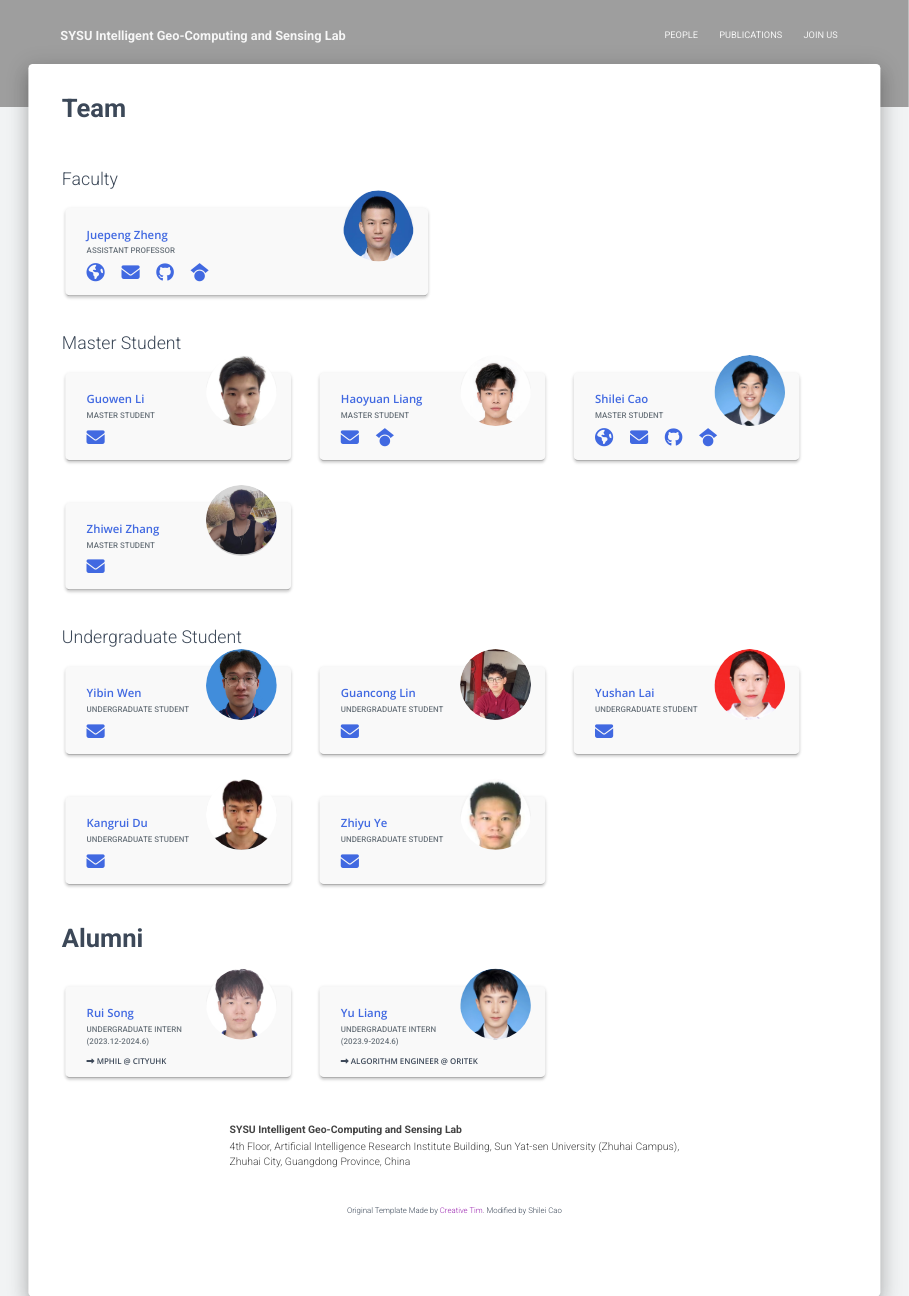
Repository: rssysu/rssysu.github.io
Page: people.html
The author's editor kept a copy of each file at every save. The page is drawn from the files as they stood at one save, then again after the next save.
The browser window is 1280 px wide. The pictures show the whole page, at 71% of full size.
Pictures or frames that could not be fetched are drawn as grey boxes. Some web libraries are served in a nearby version.

Above is the page before, as saved 2025-03-18 20:40:11.

### people.html
<!DOCTYPE html>
<html lang="en">

<head>
    <meta charset="utf-8">
    <meta content="width=device-width, initial-scale=1.0, maximum-scale=1.0, user-scalable=0" name="viewport" />
    <meta http-equiv="X-UA-Compatible" content="IE=edge,chrome=1" />
    <!-- Favicons -->
    <!-- <link rel="apple-touch-icon" href="./assets/img/kit/free/apple-icon.png"> -->
    <link rel="icon" href="./assets/img/kit/free/sysu.ico">
    <title>
        SYSU IGCS Lab
    </title>
    <!--     Fonts and icons     -->
    <link rel="stylesheet" type="text/css" target="_blank" href="https://fonts.googleapis.com/css?family=Open+Sans:+400,500,600,700|Roboto:300,400,500,700|Roboto+Slab:400,700|Material+Icons" />
    <link rel="stylesheet" href="https://maxcdn.bootstrapcdn.com/font-awesome/latest/css/font-awesome.min.css" />
    <link rel="stylesheet" href="./assets/css/material-kit.css?v=2.0.2">
    <script src="https://kit.fontawesome.com/516fc2d02f.js" crossorigin="anonymous"></script>
    <!-- Documentation extras -->
    <!-- CSS Just for demo purpose, don't include it in your project -->
    <!-- <link href="./assets/assets-for-demo/demo.css" rel="stylesheet" /> -->
    <!-- iframe removal -->
</head>

<body class="index-page">
    <nav class="navbar navbar-color-on-scroll navbar-transparent navbar-light fixed-top navbar-expand-lg " color-on-scroll="0" id="sectionsNav">
        <div w3-include-html="header.html" class="container"></div>
    </nav>

    <div class="page-header2 header-filter clear-filter" data-parallax="true" style="background-image: url('assets/img/sysu1.jpg'); background-position-y: -170px; background-position: top;">
        <div class="container">
            <div class="row">
                <div class="col-md-8 ml-auto mr-auto">
                    <div class="brand">
                    </div>
                </div>
            </div>
        </div>
    </div>


    <div class="main main-raised">
        <div class="container">
            <div class="title" style="margin-bottom: 0em;">
              <h2><b>Team</b></h2>
            </div>
            <br>
            <div class="title" style="margin-bottom: -1em;">
                <h3>Faculty</h3>
            </div>

            <div class="row">
                <div class="card" style="width: 45%;">
                  <div class="card-body">
                        <div class="author">
                            <div class="avatar">
                                <img src="./assets/img/kit/faces/zjp-1.jpg" class="img-raised rounded-circle img-fluid"/>
                            </div>
                        </div>
                        <h4 class="card-title"> <a href= "./assets/resume/zjp.html" target="_blank"> Juepeng Zheng </a> </h4>
                        <h6 class="card-subtitle mb-2 text-muted">Assistant Professor</h6>
                        <!-- </a> -->
                    <a href="https://hail-alloy-af4.notion.site/Juepeng-Zheng-d3b70a4b409145139c91e55813cc80fa" class="card-link" target="_blank"><i class="fa fa-globe fa-2x" aria-hidden="true"></i></a>
                    <a href="mailto:" class="card-link"><i class="fa fa-envelope fa-2x" aria-hidden="true"></i></a>
                    <a href="https://github.com/rs-dl" class="card-link" target="_blank"><i class="fa fa-github fa-2x" aria-hidden="true"></i></a>
                    <a href="https://scholar.google.com/citations?user=xrb-A3kAAAAJ&hl=zh-CN&oi=ao" class="card-link" target="_blank"><i class="fa-brands fa-google-scholar fa-2x" aria-hidden="true"></i></a>
                  </div>
                </div>

            </div>

            <div class="title" style="margin-bottom: -1em;">
                <h3>Master Student</h3>
            </div>

            <div class="row">

                <div class="card" style="width: 28%;">
                    <div class="card-body">
                            <div class="author">
                                <div class="avatar">
                                    <img src="./assets/img/kit/faces/lgw.jpg" class="img-raised rounded-circle img-fluid"/>
                                </div>
                            </div>
                            <h4 class="card-title"> <a href="./assets/resume/lgw.html" target="_blank"> Guowen Li </a></h4>
                            <h6 class="card-subtitle mb-2 text-muted">Master Student</h6>

                            <a href="mailto:ligw8@mail2sysu.edu.cn" class="card-link"><i class="fa fa-envelope fa-2x" aria-hidden="true"></i></a>

                    </div>
                </div>

                <div class="card" style="width: 28%;">
                    <div class="card-body">
                            <div class="author">
                                <div class="avatar">
                                    <img src="./assets/img/kit/faces/lhy.jpg" class="img-raised rounded-circle img-fluid"/>
                                </div>
                            </div>
                            <h4 class="card-title"> <a href="./assets/resume/lhy.html" target="_blank">  Haoyuan Liang </a> </h4>
                            <h6 class="card-subtitle mb-2 text-muted">Master Student</h6>

                            <a href="mailto:lianghy68@mail2.sysu.edu.cn" class="card-link"><i class="fa fa-envelope fa-2x" aria-hidden="true"></i></a>
                            <a href="https://scholar.google.com/citations?hl=en&user=O40gNsQAAAAJ" class="card-link" target="_blank"><i class="fa-brands fa-google-scholar fa-2x" aria-hidden="true"></i></a>
                    </div>
                </div>

                <div class="card" style="width: 28%;">
                    <div class="card-body">
                          <div class="author">
                              <div class="avatar">
                                  <img src="./assets/img/kit/faces/csl.jpg" class="img-raised rounded-circle img-fluid"/>
                              </div>
                          </div>
                          <h4 class="card-title" > <a href="./assets/resume/csl.html" target="_blank">  Shilei Cao </a></h4>
                          <h6 class="card-subtitle mb-2 text-muted">Master Student</h6>
                            <a href="https://shileicao.github.io/" class="card-link" target="_blank"><i class="fa fa-globe fa-2x" aria-hidden="true"></i></a>
                            <a href="mailto:caoshlei@mail2.sysu.edu.cn" class="card-link"><i class="fa fa-envelope fa-2x" aria-hidden="true"></i></a>
                            <a href="https://github.com/ShileiCao" class="card-link" target="_blank"><i class="fa fa-github fa-2x" aria-hidden="true"></i></a>
                            <a href="https://scholar.google.com/citations?user=-bCjtakAAAAJ&hl=en" class="card-link" target="_blank"><i class="fa-brands fa-google-scholar fa-2x" aria-hidden="true"></i></a>
                    </div>
                </div>

                <div class="card" style="width: 28%;">
                    <div class="card-body">
                            <div class="author">
                                <div class="avatar">
                                    <img src="./assets/img/kit/faces/zzw.jpg" class="img-raised rounded-circle img-fluid"/>
                                </div>
                            </div>
                            <h4 class="card-title"> <a href="./assets/resume/zzw.html" target="_blank">  Zhiwei Zhang </a> </h4>
                            <h6 class="card-subtitle mb-2 text-muted">Master Student</h6>
                            <a href="mailto:zhangzhw65@mail2.sysu.edu.cn" class="card-link"><i class="fa fa-envelope fa-2x" aria-hidden="true"></i></a>
                    </div>
                </div>

            </div>


            <div class="title" style="margin-bottom: -1em;">
                <h3>Undergraduate Student</h3>
            </div>

            <div class="row">


                <div class="card" style="width: 28%;">
                    <div class="card-body">
                          <div class="author">
                              <div class="avatar">
                                  <img src="./assets/img/kit/faces/wyb.jpg" class="img-raised rounded-circle img-fluid"/>
                              </div>
                          </div>
                          <h4 class="card-title"> <a href="./assets/resume/wyb.html" target="_blank"> Yibin Wen </a></h4>
                          <h6 class="card-subtitle mb-2 text-muted">Undergraduate Student</h6>

                            <a href="mailto:wenyb5@mail2.sysu.edu.cn" class="card-link"><i class="fa fa-envelope fa-2x" aria-hidden="true"></i></a>

                    </div>
                </div>

                <div class="card" style="width: 28%;">
                    <div class="card-body">
                          <div class="author">
                              <div class="avatar">
                                  <img src="./assets/img/kit/faces/lgc.jpg" class="img-raised rounded-circle img-fluid"/>
                              </div>
                          </div>
                          <h4 class="card-title"> <a href="./assets/resume/lgc.html" target="_blank">  Guancong Lin </a></h4>
                          <h6 class="card-subtitle mb-2 text-muted">Undergraduate Student</h6>

                            <a href="mailto:lingc8@mail2.sysu.edu.cn" class="card-link"><i class="fa fa-envelope fa-2x" aria-hidden="true"></i></a>

                    </div>
                </div>

                <div class="card" style="width: 28%;">
                    <div class="card-body">
                          <div class="author">
                              <div class="avatar">
                                  <img src="./assets/img/kit/faces/lys.jpg" class="img-raised rounded-circle img-fluid"/>
                              </div>
                          </div>
                          <h4 class="card-title"> <a href="./assets/resume/lys.html" target="_blank"> Yushan Lai </a></h4>
                          <h6 class="card-subtitle mb-2 text-muted">Undergraduate Student</h6>

                            <a href="mailto:laiysh6@mail2.sysu.edu.cn" class="card-link"><i class="fa fa-envelope fa-2x" aria-hidden="true"></i></a>

                    </div>
                </div>

                <div class="card" style="width: 28%;">
                    <div class="card-body">
                          <div class="author">
                              <div class="avatar">
                                  <img src="./assets/img/kit/faces/dkr.jpg" class="img-raised rounded-circle img-fluid"/>
                              </div>
                          </div>
                          <h4 class="card-title"> <a href="./assets/resume/dkr.html" target="_blank"> Kangrui Du </a></h4>
                          <h6 class="card-subtitle mb-2 text-muted">Undergraduate Student</h6>

                            <a href="mailto:dukr6@mail2.sysu.edu.cn" class="card-link"><i class="fa fa-envelope fa-2x" aria-hidden="true"></i></a>

                    </div>
                </div>

                <div class="card" style="width: 28%;">
                    <div class="card-body">
                          <div class="author">
                              <div class="avatar">
                                  <img src="./assets/img/kit/faces/yzy.jpg" class="img-raised rounded-circle img-fluid"/>
                              </div>
                          </div>
                          <h4 class="card-title"> <a href="./assets/resume/yzy.html" target="_blank"> Zhiyu Ye </a></h4>
                          <h6 class="card-subtitle mb-2 text-muted">Undergraduate Student</h6>
                          <a href="mailto:yezhy26@mail2.sysu.edu.cn" class="card-link"><i class="fa fa-envelope fa-2x" aria-hidden="true"></i></a>

                    </div>
                </div>

            </div>



            <div class="title" style="margin-bottom: 0em;">
              <h2><b>Alumni</b></h2>
            </div>
            <div class="row">

            <div class="card" style="width: 28%;">
                <div class="card-body">
                      <div class="author">
                          <div class="avatar">
                              <img src="./assets/img/kit/faces/sr.jpg" class="img-raised rounded-circle img-fluid"/>
                          </div>
                      </div>
                      <h4 class="card-title"> <a href="./assets/resume/sr.html" target="_blank"> Rui Song </a> </h4>
                      <h6 class="card-subtitle mb-2 text-muted">Undergraduate Intern (2023.12-2024.6) </h6>
                      <h6 class="card-title"> <i class="fa fa-long-arrow-right" aria-hidden="true"></i> MPhil @ CityUHK  </h6>
                        <!-- <a href="mailto:1223324036@qq.com" class="card-link"><i class="fa fa-envelope fa-2x" aria-hidden="true"></i></a>        -->

                </div>
            </div>

            <div class="card" style="width: 28%;">
                <div class="card-body">
                      <div class="author">
                          <div class="avatar">
                              <img src="./assets/img/kit/faces/ly.jpg" class="img-raised rounded-circle img-fluid"/>
                          </div>
                      </div>
                      <h4 class="card-title"> <a href="./assets/resume/ly.html" target="_blank">  Yu Liang </a> </h4>
                      <h6 class="card-subtitle mb-2 text-muted">Undergraduate Intern (2023.9-2024.6) </h6>
                      <h6 class="card-title"> <i class="fa fa-long-arrow-right" aria-hidden="true"></i> Algorithm Engineer @ Oritek </h6>
                        <!-- <a href="mailto:liangy283@mail2.sysu.edu.cn" class="card-link"><i class="fa fa-envelope fa-2x" aria-hidden="true"></i></a>        -->

                </div>
            </div>

        </div>
    <!--     <div>

                <h4 class="card-title" style="margin-bottom: -0.5em;">Hyunseo Koh<font size="3em"> <font color="gray">(GIST MS, 2023)</font> <i class="fa fa-long-arrow-right" aria-hidden="true"></i> TBD</font></h4>
                <h4 class="card-title" style="margin-bottom: -0.5em;">Jihun Kim<font size="3em"> <font color="gray">(GIST MS, 2023)</font> <i class="fa fa-long-arrow-right" aria-hidden="true"></i> Minds and company (Mil. Oblig.)</font></h4>
                <h4 class="card-title" style="margin-bottom: -0.5em;">Dahyun Kim<font size="3em"> <font color="gray">(GIST MS, 2022)</font> <i class="fa fa-long-arrow-right" aria-hidden="true"></i> Upstage (Mil. Oblig.)</font></h4>
                <h4 class="card-title" style="margin-bottom: -0.5em;">YeongWoo Nam<font size="3em"> <font color="gray">(GIST MS, 2022)</font> <i class="fa fa-long-arrow-right" aria-hidden="true"></i> Saige Research (Mil. Oblig.)</font></h4>
                <h4 class="card-title" style="margin-bottom: -0.5em;">Taeil Oh<font size="3em"> <font color="gray">(GIST MS, 2022)</font> <i class="fa fa-long-arrow-right" aria-hidden="true"></i> Alsemy</font></h4>
                <h4 class="card-title" style="margin-bottom: -0.5em;">Mohammad Mostafavi<font size="3em"> <font color="gray">(GIST Ph.D., 2021, co-advised by Prof. Kuk-Jin Yoon (KAIST))</font> <i class="fa fa-long-arrow-right" aria-hidden="true"></i> Research Scientist @ Lunit</font></h4>
                <h4 class="card-title" style="margin-bottom: -0.5em;">Dongmin Kang <font size="3em"><font color="gray">(GIST MS, 2021)</font> <i class="fa fa-long-arrow-right" aria-hidden="true"></i> Researcher @ GIST AI Institute (Mil. Oblig.) <i class="fa fa-long-arrow-right" aria-hidden="true"></i> SI Analytics (Mil. Oblig.)</h4>
                <h4 class="card-title" style="margin-bottom: -0.5em;">Jinwoo Nam <font size="3em"><font color="gray">(GIST MS, 2021)</font> <i class="fa fa-long-arrow-right" aria-hidden="true"></i> Knowre Inc. (Mil. Oblig.)</h4>
                <h4 class="card-title" style="margin-bottom: -0.5em;">Yeonsik Jo <font size="3em"><font color="gray">(GIST MS, 2021)</font> <i class="fa fa-long-arrow-right" aria-hidden="true"></i> Research Engineer @ LG AI Research</h4>

                <div style="margin-bottom: 2em;"></div>

            </div> -->
<!--
            <div class="title" style="margin-bottom: 0em;">
                <h3>Alumni - Undergraduate Interns</h3>
            </div>

            <div>

                <h4 class="card-title" style="margin-bottom: -0.5em;">Yu Yeong Kim<font size="3em"> <font color="gray">(GIST BS, 2023)</font> <i class="fa fa-long-arrow-right" aria-hidden="true"></i> KAIST GS AI</font></h4>
                <h4 class="card-title" style="margin-bottom: -0.5em;">Daneul Kim<font size="3em"> <font color="gray">(GIST BS, 2023)</font> <i class="fa fa-long-arrow-right" aria-hidden="true"></i> SNU GS AI</font></h4>
                <h4 class="card-title" style="margin-bottom: -0.5em;">Pratham Sahu<font size="3em"> <font color="gray">(IITK BS, 2025?)</font> <i class="fa fa-long-arrow-right" aria-hidden="true"></i> TBD</font></h4>
                <h4 class="card-title" style="margin-bottom: -0.5em;">Divyam Goel<font size="3em"> <font color="gray">(IITR BS, 2023)</font> <i class="fa fa-long-arrow-right" aria-hidden="true"></i> TBD</font></h4>
                <h4 class="card-title" style="margin-bottom: -0.5em;">Suvaansh Bhambri<font size="3em"> <font color="gray">(IITR BS, 2022)</font> <i class="fa fa-long-arrow-right" aria-hidden="true"></i> TBD</font></h4>
                <h4 class="card-title" style="margin-bottom: -0.5em;">Sunoh Lee<font size="3em"> <font color="gray">(GIST BS, 2022)</font> <i class="fa fa-long-arrow-right" aria-hidden="true"></i> Researcher @ ADD (Mil. Oblig.)</font></h4>
                <h4 class="card-title" style="margin-bottom: -0.5em;">Ashish Sinha<font size="3em"> <font color="gray">(IITR BS, 2021)</font> <i class="fa fa-long-arrow-right" aria-hidden="true"></i> Grad. Student @ Simon Fraser University</font></h4>
                <h4 class="card-title" style="margin-bottom: -0.5em;">Daeun Kyung<font size="3em"> <font color="gray">(GIST BS, 2021)</font> <i class="fa fa-long-arrow-right" aria-hidden="true"></i> Grad. student @ KAIST GS AI</h4>
                <h4 class="card-title" style="margin-bottom: -0.5em;">Kunal Pratap Singh <font size="3em"><font color="gray">(IITR BS, 2021)</font> <i class="fa fa-long-arrow-right" aria-hidden="true"></i> Predoctoral Young Investigator @ AI2 <i class="fa fa-long-arrow-right" aria-hidden="true"></i> Ph.D. Student @ EPFL</h4>
                <h4 class="card-title" style="margin-bottom: -0.5em;">Jaeyoung Ahn <font size="3em"><font color="gray">(GIST BS, 2021)</font> <i class="fa fa-long-arrow-right" aria-hidden="true"></i> Deeping Source Inc.</h4>
                <h4 class="card-title" style="margin-bottom: -0.5em;">Dahyun Kim<font size="3em"> <font color="gray">(GIST BS, 2020)</font> <i class="fa fa-long-arrow-right" aria-hidden="true"></i> Join our lab</font></h4>
                <h4 class="card-title" style="margin-bottom: -0.5em;">Donggun Lee <font size="3em"><font color="gray">(GIST BS, 2020)</font> <i class="fa fa-long-arrow-right" aria-hidden="true"></i> Grad. student @ POSTECH Graphics Lab.</h4>
                <h4 class="card-title" style="margin-bottom: -0.5em;">Jihwan Bae <font size="3em"><font color="gray">(GIST BS, 2020)</font> <i class="fa fa-long-arrow-right" aria-hidden="true"></i> Researcher @ ADD (Mil. Oblig.)</font></h4>

                <div style="margin-bottom: 2em;"></div>

            </div>
        </div>
    </div> -->
    <!--  End Modal -->
    <div w3-include-html="footer.html"></div>

    <!--   Core JS Files   -->
    <script src="./assets/js/core/jquery.min.js"></script>
    <script src="./assets/js/core/popper.min.js"></script>
    <script src="./assets/js/bootstrap-material-design.js"></script>
    <!--  Plugin for Date Time Picker and Full Calendar Plugin  -->
    <script src="./assets/js/plugins/moment.min.js"></script>
    <!--	Plugin for the Datepicker, full documentation here: https://github.com/Eonasdan/bootstrap-datetimepicker -->
    <script src="./assets/js/plugins/bootstrap-datetimepicker.min.js"></script>
    <!--	Plugin for the Sliders, full documentation here: http://refreshless.com/nouislider/ -->
    <script src="./assets/js/plugins/nouislider.min.js"></script>
    <!-- Material Kit Core initialisations of plugins and Bootstrap Material Design Library -->
    <script src="./assets/js/material-kit.js?v=2.0.2"></script>
    <!-- Fixed Sidebar Nav - js With initialisations For Demo Purpose, Don't Include it in your project -->
    <script src="./assets/assets-for-demo/js/material-kit-demo.js"></script>
    <!-- including html -->
    <script src="./assets/js/include-html.js"></script>
    <script>
        $(document).ready(function() {

            //init DateTimePickers
            materialKit.initFormExtendedDatetimepickers();

            // // Sliders Init
            // materialKit.initSliders();

            includeHTML();
        });
    </script>
</body>

</html>

Loaded but not shown: assets/css/material-kit.css (library); assets/js/core/jquery.min.js (library); assets/js/core/popper.min.js (library); assets/js/bootstrap-material-design.js (library); assets/js/plugins/moment.min.js (library); assets/js/plugins/bootstrap-datetimepicker.min.js (library); assets/js/plugins/nouislider.min.js (library); assets/js/material-kit.js (446 lines, source omitted); assets/assets-for-demo/js/material-kit-demo.js (98 lines, source omitted); assets/js/include-html.js (27 lines, source omitted); header.html (59 lines, source omitted); footer.html (36 lines, source omitted)

After the next save:
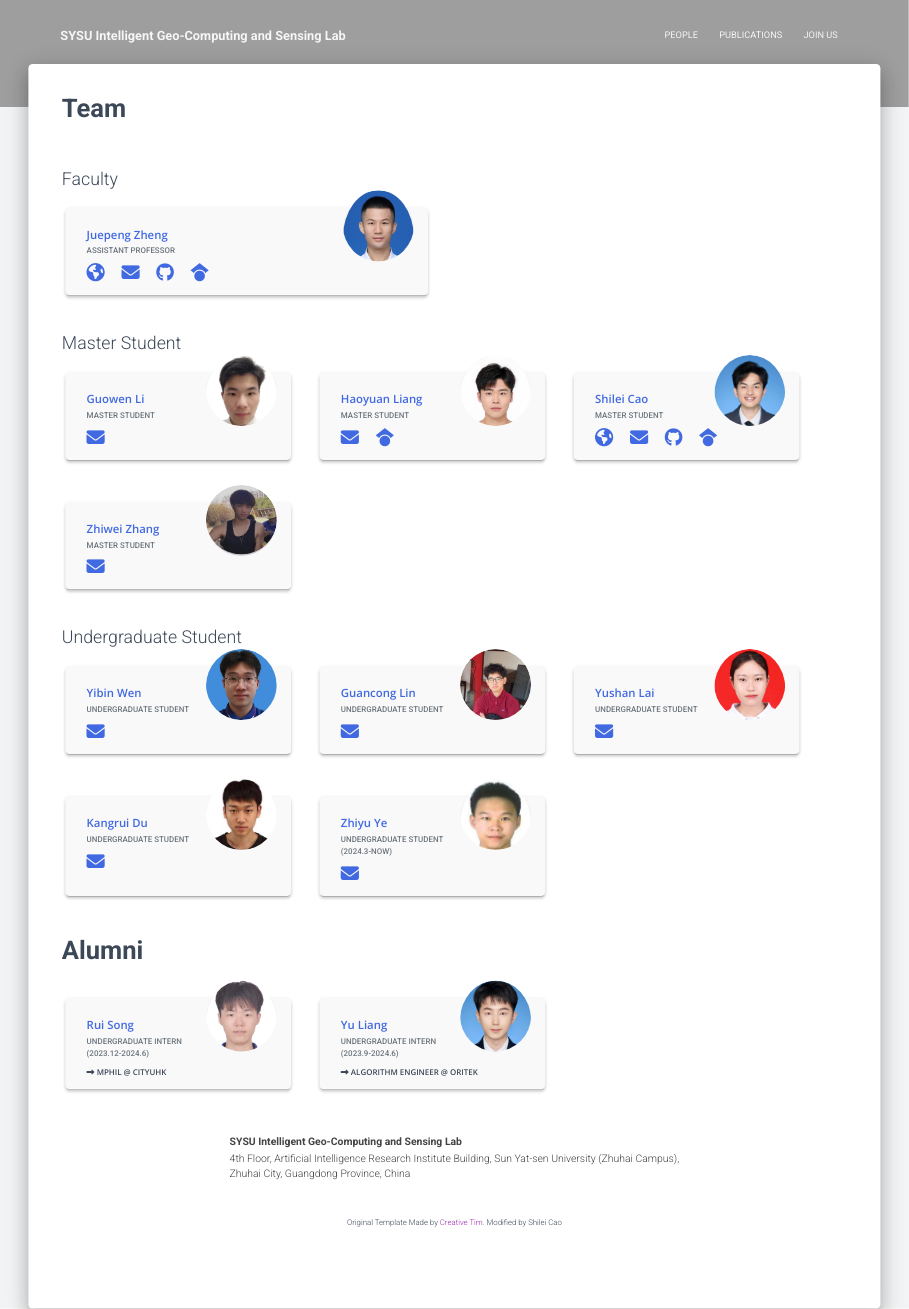
Saved 2 min 14 s later.
--- a/people.html
+++ b/people.html
@@ -212,7 +212,7 @@
                               </div>
                           </div>
                           <h4 class="card-title"> <a href="./assets/resume/yzy.html" target="_blank"> Zhiyu Ye </a></h4>
-                          <h6 class="card-subtitle mb-2 text-muted">Undergraduate Student</h6>
+                          <h6 class="card-subtitle mb-2 text-muted">Undergraduate Student (2024.3-now)</h6>
                           <a href="mailto:yezhy26@mail2.sysu.edu.cn" class="card-link"><i class="fa fa-envelope fa-2x" aria-hidden="true"></i></a>
 
                     </div>
